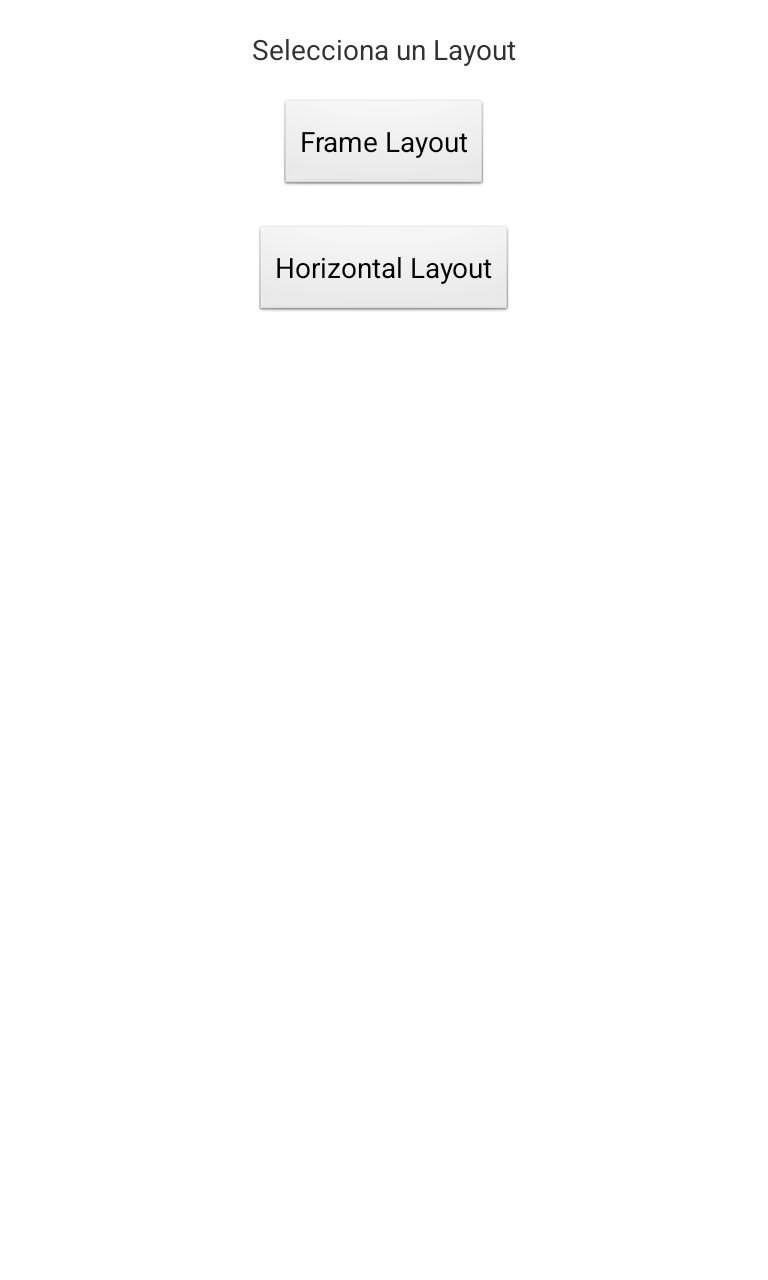
Repository: rocapal/cursoAndroidURJC
Layout: 2ndEdition/beatriz.munozmanso/ActivitiesAndRelatives/res/layout/activity_main.xml
These files come from the project's save history. The layout is drawn as it stood at one moment and after the next save; the edit follows.
It is drawn on a 768 x 1280 px phone screen (xhdpi) without system bars, with theme AppTheme; the app's code is not run.

Above is the layout before, as saved 2013-02-04 15:56:06.

After the next save:
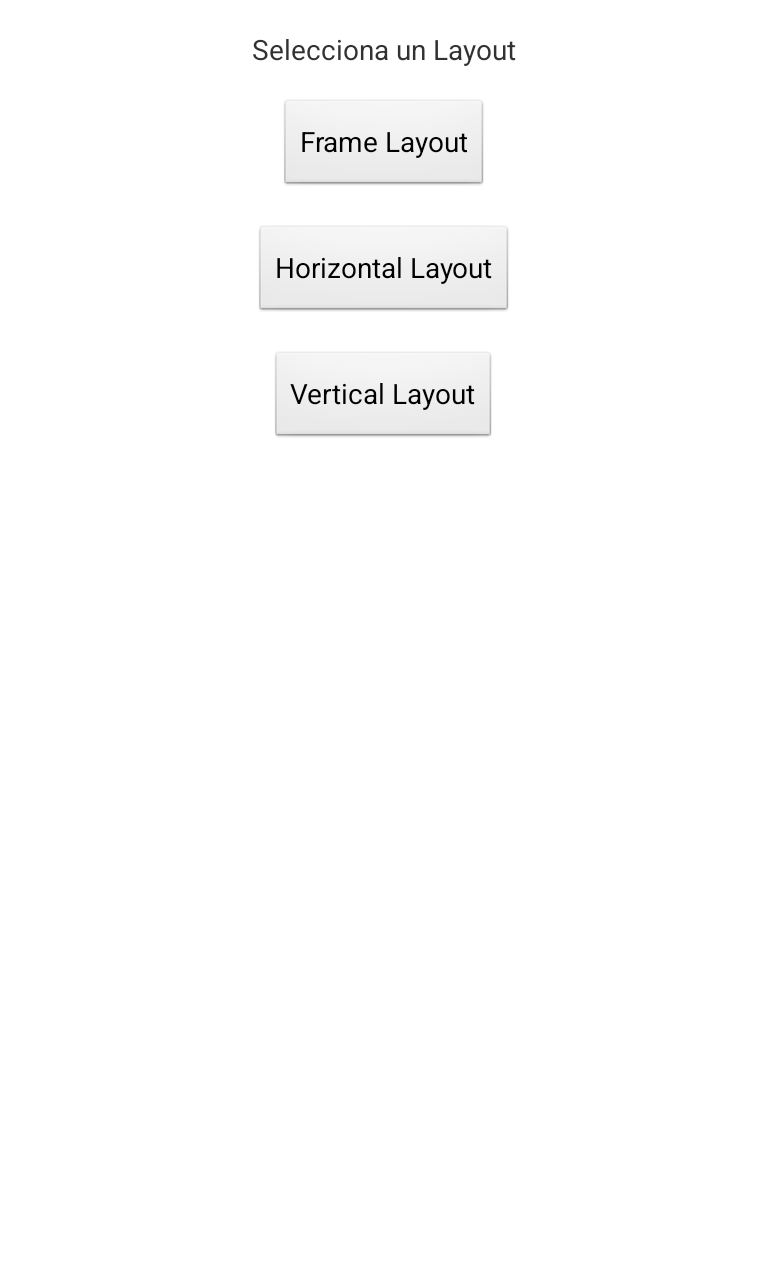
Saved 36 s later.
--- a/2ndEdition/beatriz.munozmanso/ActivitiesAndRelatives/res/layout/activity_main.xml
+++ b/2ndEdition/beatriz.munozmanso/ActivitiesAndRelatives/res/layout/activity_main.xml
@@ -29,5 +29,12 @@
         android:text="@string/horizontal"
         android:layout_below="@+id/frame"
         android:layout_marginBottom="15dip"/>
-
+    <Button
+        android:id = "@+id/vert"
+        android:layout_width="wrap_content"
+        android:layout_height="wrap_content"
+        android:layout_centerHorizontal="true"
+        android:text="@string/vertical"
+        android:layout_below="@+id/horiz"
+        android:layout_marginBottom="15dip"/>
 </RelativeLayout>
